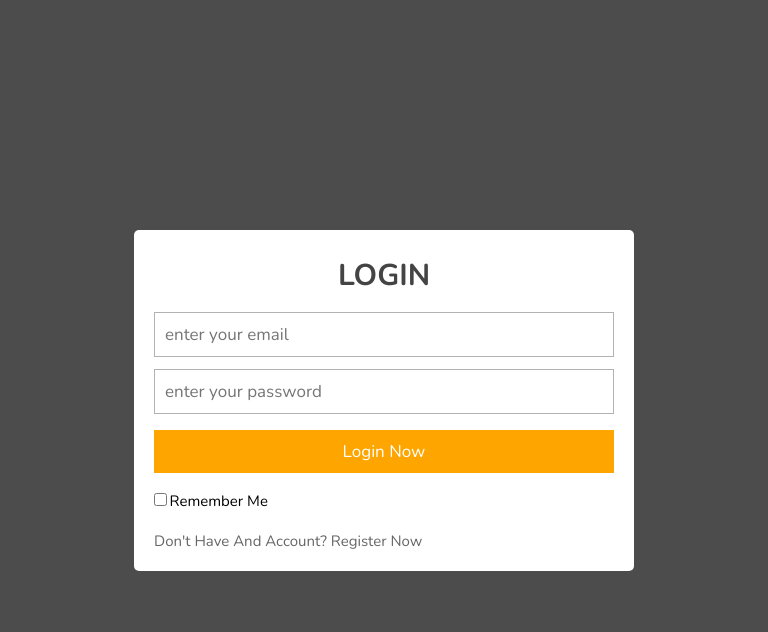
Repository: vksh-chandra/Travel-Tourism
Page: http://localhost/tatms/login.html
The author's editor kept a copy of each file at every save. The page is drawn from the files as they stood at one save, then again after the next save.
The browser window is 768 px wide. The pictures show the whole page.
The page is served by Tomcat 9. Other server files are loaded and not shown.

Above is the page before, as saved 2022-07-19 08:52:34.
Console error: TypeError: Cannot read properties of null (reading 'addEventListener')

### tatms/src/main/webapp/login.html
<!DOCTYPE html>
<html>
<head>
<meta charset="UTF-8">
    <meta name="viewport" content="width=device-width, initial-scale=1.0">
	<title>Login</title>

    <link rel="stylesheet" href="https://unpkg.com/swiper/swiper-bundle.min.css" />

    <!-- font awesome cdn link  -->
    <link rel="stylesheet" href="https://cdnjs.cloudflare.com/ajax/libs/font-awesome/5.15.3/css/all.min.css">

    <!-- custom css file link  -->
    <link rel="stylesheet" type="text/css" href="style.css">
</head>
<body>
	<!-- LOGIN FORM -->
	<div class="login-form-container">

	    <form action="DB2" method="post">
	        <h3>Login</h3>
	        <input type="email" class="box" placeholder="enter your email" name="email">
	        <input type="password" class="box" placeholder="enter your password" name="pass">
	        <input type="submit" value="login now" class="btn">
	        <input type="checkbox" id="remember">
	        <label for="remember">remember me</label>
	        <p>don't have and account? <a href="signup.html" target="_blank">register now</a></p>
	    </form>
	</div>
	<script src="script.js"></script>
</body>
</html>

### tatms/src/main/webapp/style.css
@import url('https://fonts.googleapis.com/css2?family=Nunito:wght@200;300;400;600;700&display=swap');

:root{
  --orange:#ffa500;
}

*{
  font-family: 'Nunito', sans-serif;
  margin:0; padding:0;
  box-sizing: border-box;
  text-transform: capitalize;
  outline: none; border:none;
  text-decoration: none;
  transition: all .2s linear;
}

*::selection{
  background:var(--orange);
  color:#fff;
}

html{
  font-size: 62.5%;
  overflow-x: hidden;
  scroll-padding-top: 6rem;
  scroll-behavior: smooth;
}

section{
  padding:2rem 9%;
}

.heading{
  text-align: center;
  padding:2.5rem 0
}

.heading span{
  font-size: 3.5rem;
  background:rgba(255, 165, 0,.2);
  color:var(--orange);
  border-radius: .5rem;
  padding:.2rem 1rem;
}

.heading span.space{
  background:none;
}

.btn{
  display: inline-block;
  margin-top: 1rem;
  background:var(--orange);
  color:#fff;
  padding:.8rem 3rem;
  border:.2rem solid var(--orange);
  cursor: pointer;
  font-size: 1.7rem;
}

.btn:hover{
  background:rgba(255, 165, 0,.2);
  color:var(--orange);
}

header{
  position: fixed;
  top:0; left: 0; right:0;
  background:#333;
  z-index: 1000;
  display: flex;
  align-items: center;
  justify-content: space-between;
  padding:2rem 9%;
}

header .logo{
  font-size: 2.5rem;
  font-weight: bolder;
  color:white;
  text-transform: uppercase;
}

header .logo span{
  color:red;
}

header .navbar a{
  color:#fff;
  font-size: 2rem;
  margin:0 .8rem;
}

header .navbar a:hover{
  color:var(--orange);
}

header .icons a{
  color:#fff;
  cursor: pointer;
  font-size: 3rem;
  margin-right: 2rem;
}

header .icons a:hover{
  color:var(--orange);
}


.login-form-container{
  top:-120%; left: 0;
  z-index: 10000;
  min-height: 100vh;
  width:100%;
  background:rgba(0,0,0,.7);
  display: flex;
  align-items: center;
  justify-content: center;
}

.login-form-container.active{
  top:0;
}

.login-form-container form{
  margin:2rem;
  padding:1.5rem 2rem;
  border-radius: .5rem;
  background:#fff;
  width:50rem;
}

.login-form-container form h3{
  font-size: 3rem;
  color:#444;
  text-transform: uppercase;
  text-align: center;
  padding:1rem 0;
}

.login-form-container form .box{
  width:100%;
  padding:1rem;
  font-size: 1.7rem;
  color:#333;
  margin:.6rem 0;
  border:.1rem solid rgba(0,0,0,.3);
  text-transform: none;
}

.login-form-container form .box:focus{
  border-color: var(--orange);;
}

.login-form-container form #remember{
  margin:2rem 0;
}

.login-form-container form label{
  font-size: 1.5rem;
}

.login-form-container form .btn{
  display: block;
  width:100%;
}

.login-form-container form p{
  padding:.5rem 0;
  font-size: 1.5rem;
  color:#666;
}

.login-form-container form p a{
  color:var(--blue);
}

.login-form-container form p a:hover{
  color:#333;
  text-decoration: underline;
}

.login-form-container #form-close{
  position: absolute;
  top:2rem; right:3rem;
  font-size: 5rem;
  color:#fff;
  cursor: pointer;
}

/** SIGN UP **/

.signup-form-container{
  top:-120%; left: 0;
  z-index: 10000;
  min-height: 100vh;
  width:100%;
  background:rgba(0,0,0,.7);
  display: flex;
  align-items: center;
  justify-content: center;
}

.signup-form-container.active{
  top:0;
}

.signup-form-container form{
  margin:2rem;
  padding:1.5rem 2rem;
  border-radius: .5rem;
  background:#fff;
  width:50rem;
}

.signup-form-container form h3{
  font-size: 3rem;
  color:#444;
  text-align: center;
  padding:1rem 0;
}

.signup-form-container form .box{
  width:100%;
  padding:1rem;
  font-size: 1.7rem;
  color:#333;
  margin:.6rem 0;
  border:.1rem solid rgba(0,0,0,.3);
  text-transform: none;
}

.signup-form-container form .box:focus{
  border-color: var(--orange);;
}

.login-form-container form #remember{
  margin:2rem 0;
}

.signup-form-container form label{
  font-size: 1.5rem;
}

.signup-form-container form .btn{
  display: block;
  width:100%;
}

.signup-form-container form p{
  padding:.5rem 0;
  font-size: 1.5rem;
  color:#666;
}

.signup-form-container form p a{
  color:var(--orange);
}

.signup-form-container form p a:hover{
  color:#333;
  text-decoration: underline;
}

.signup-form-container #form-close{
  position: absolute;
  top:2rem; right:3rem;
  font-size: 5rem;
  color:#fff;
  cursor: pointer;
}


#menu-bar{
  color:#fff;
  border:.1rem solid #fff;
  border-radius: .5rem;
  font-size: 3rem;
  padding:.5rem 1.2rem;
  cursor: pointer;
  display: none;
}

.home{
  min-height: 100vh;
  display: flex;
  align-items: center;
  justify-content: center;
  flex-flow: column;
  position: relative;
  z-index: 0;
}

.home .content{
  text-align: center;
  background-image: url("https://www.shutterstock.com/search/travel");
}

.home .content h3{
  font-size: 4.5rem;
  color:black;
  text-transform: uppercase;
  text-shadow: 0 .3rem .5rem rgba(0,0,0,.1);
}

.home .content p{
  font-size: 2.5rem;
  color:black;
  padding:.5rem 0;
}

.book .row{
  display: flex;
  flex-wrap: wrap;
  gap:1.5rem;
  align-items: center;
}

.book .row .image{
  flex:1 1 40rem;
}

.book .row .image img{
  width:100%;
}

.book .row form{
  flex:1 1 40rem;
  padding:2rem;
  box-shadow: 0 1rem 2rem rgba(0,0,0,.1);
  border-radius: .5rem;
}

.book .row form .inputBox{
  padding:.5rem 0;
}

.book .row form .inputBox input{
  width:100%;
  padding:1rem;
  border:.1rem solid rgba(0,0,0,.1);
  font-size: 1.7rem;
  color:#333;
  text-transform: none;
}

.book .row form .inputBox h3{
  font-size: 2rem;
  padding:1rem 0;
  color:#666;
}

.packages .box-container{
  display: flex;
  flex-wrap: wrap;
  gap:2rem;
}

.packages .box-container .box{
  flex:1 1 30rem;
  border-radius: .5rem;
  overflow: hidden;
  box-shadow: 0 1rem 2rem rgba(0,0,0,.1);
}

.packages .box-container .box img{
  height: 25rem;
  width:100%;
  object-fit: cover;
}

.packages .box-container .box .content{
  padding:2rem;
}

.packages .box-container .box .content h3{
  font-size:2rem;
  color:#333;
}

.packages .box-container .box .content h3 i{
  color:var(--orange);
}

.packages .box-container .box .content p{
  font-size:1.7rem;
  color:#666;
  padding:1rem 0;
}

.packages .box-container .box .content .stars i{
  font-size:1.7rem;
  color:var(--orange);
}

.packages .box-container .box .content .price{
  font-size: 2rem;
  color:#333;
  padding-top: 1rem;
}

.packages .box-container .box .content .price span{
  color:#666;
  font-size: 1.5rem;
  text-decoration: line-through;
}

.services .box-container{
  display: flex;
  flex-wrap: wrap;
  gap:1.5rem;
}

.services .box-container .box{
  flex: 1 1 30rem;
  border-radius: .5rem;
  padding:1rem;
  text-align: center;
}

.services .box-container .box i{
  padding:1rem;
  font-size: 5rem;
  color:var(--orange);
}

.services .box-container .box h3{
  font-size: 2.5rem;
  color:#333;
}

.services .box-container .box p{
  font-size: 1.5rem;
  color:#666;
  padding:1rem 0;
}

.services .box-container .box:hover{
  box-shadow: 0 1rem 2rem rgba(0,0,0,.1);
}

.gallery .box-container{
  display: flex;
  flex-wrap: wrap;
  gap:1.5rem;
}

.gallery .box-container .box{
  overflow: hidden;
  box-shadow: 0 1rem 2rem rgba(0,0,0,.1);
  border:1rem solid #fff;
  border-radius: .5rem;
  flex:1 1 30rem;
  height: 25rem;
  position: relative;
}

.gallery .box-container .box img{
  height: 100%;
  width:100%;
  object-fit: cover;
}

.gallery .box-container .box .content{
  position: absolute;
  top:-100%; left:0;
  height: 100%;
  width:100%;
  text-align: center;
  background:rgba(0,0,0,.7);
  padding:2rem;
  padding-top: 5rem;
}

.gallery .box-container .box:hover .content{
  top:0;
}

.gallery .box-container .box .content h3{
  font-size: 2.5rem;
  color:var(--orange);
}

.gallery .box-container .box .content p{
  font-size: 1.5rem;
  color:#eee;
  padding:.5rem 0;
}

.review .review-slider{
  padding-bottom: 2rem;
}

.review .box{
  padding:2rem;
  text-align: center;
  box-shadow: 0 1rem 2rem rgba(0,0,0,.1);
  border-radius: .5rem;
}

.review .box img{
  height:13rem;
  width:13rem;
  border-radius: 50%;
  object-fit: cover;
  margin-bottom: 1rem;
}

.review .box h3{
  color:#333;
  font-size: 2.5rem;
}

.review .box p{
  color:#666;
  font-size: 1.5rem;
  padding:1rem 0;
}

.review .box .stars i{
  color:var(--orange);
  font-size: 1.7rem;
}

.contact .row{
  display: flex;
  flex-wrap: wrap;
  gap:1.5rem;
  align-items: center;
}

.contact .row .image{
  flex:1 1 35rem;
}

.contact .row .image img{
  width:100%;
}

.contact .row form{
  flex:1 1 50rem;
  padding:2rem;
  box-shadow: 0 1rem 2rem rgba(0,0,0,.1);
  border-radius: .5rem;
}

.contact .row form .inputBox{
  display: flex;
  flex-wrap: wrap;
  justify-content: space-between;
}

.contact .row form .inputBox input, .contact .row form textarea{
  width:49%;
  margin:1rem 0;
  padding:1rem;
  font-size: 1.7rem;
  color:#333;
  background:#f7f7f7;
  text-transform: none;
}

.contact .row form textarea{
  height: 15rem;
  resize: none;
  width:100%;
}

.brand-container{
  text-align: center;
}

.footer{
  background:#333;
}

.footer .box-container{
  display: flex;
  flex-wrap: wrap;
  gap:1.5rem;
}

.footer .box-container .box{
  padding:1rem 0;
  flex:1 1 25rem;
}

.footer .box-container .box h3{
  font-size: 2.5rem;
  padding:.7rem 0;
  color:#fff;
}

.footer .box-container .box p{
  font-size: 1.5rem;
  padding:.7rem 0;
  color:#eee;
}

.footer .box-container .box a{
  display: block;
  font-size: 1.5rem;
  padding:.7rem 0;
  color:#eee;
}

.footer .box-container .box a:hover{
  color:var(--orange);
  text-decoration: underline;
}

.footer .credit{
  text-align: center;
  padding:2rem 1rem;
  margin-top: 1rem;
  font-size: 2rem;
  font-weight: normal;
  color:#fff;
  border-top: .1rem solid rgba(255,255,255,.2);
}

.footer .credit span{
  color:var(--orange);
}


/** PAYMENT CSS **/

### tatms/src/main/webapp/script.js
let formBtn = document.querySelector('#login-btn');
let loginForm = document.querySelector('.login-form-container');
let formClose = document.querySelector('#form-close');
let menu = document.querySelector('#menu-bar');
let navbar = document.querySelector('.navbar');

window.onscroll = () =>{
    searchBtn.classList.remove('fa-times');
    searchBar.classList.remove('active');
    menu.classList.remove('fa-times');
    navbar.classList.remove('active');
    loginForm.classList.remove('active');
}

menu.addEventListener('click', () =>{
    menu.classList.toggle('fa-times');
    navbar.classList.toggle('active');
});

searchBtn.addEventListener('click', () =>{
    searchBtn.classList.toggle('fa-times');
    searchBar.classList.toggle('active');
});

formBtn.addEventListener('click', () =>{
    loginForm.classList.add('active');
});

formClose.addEventListener('click', () =>{
    loginForm.classList.remove('active');
});

videoBtn.forEach(btn =>{
    btn.addEventListener('click', ()=>{
        document.querySelector('.controls .active').classList.remove('active');
        btn.classList.add('active');
        let src = btn.getAttribute('data-src');
        document.querySelector('#video-slider').src = src;
    });
});

var swiper = new Swiper(".review-slider", {
    spaceBetween: 20,
    loop:true,
    autoplay: {
        delay: 2500,
        disableOnInteraction: false,
    },
    breakpoints: {
        640: {
          slidesPerView: 1,
        },
        768: {
          slidesPerView: 2,
        },
        1024: {
          slidesPerView: 3,
        },
    },
});

var swiper = new Swiper(".brand-slider", {
    spaceBetween: 20,
    loop:true,
    autoplay: {
        delay: 2500,
        disableOnInteraction: false,
    },
    breakpoints: {
        450: {
          slidesPerView: 2,
        },
        768: {
          slidesPerView: 3,
        },
        991: {
          slidesPerView: 4,
        },
        1200: {
          slidesPerView: 5,
        },
      },
});

After the next save:
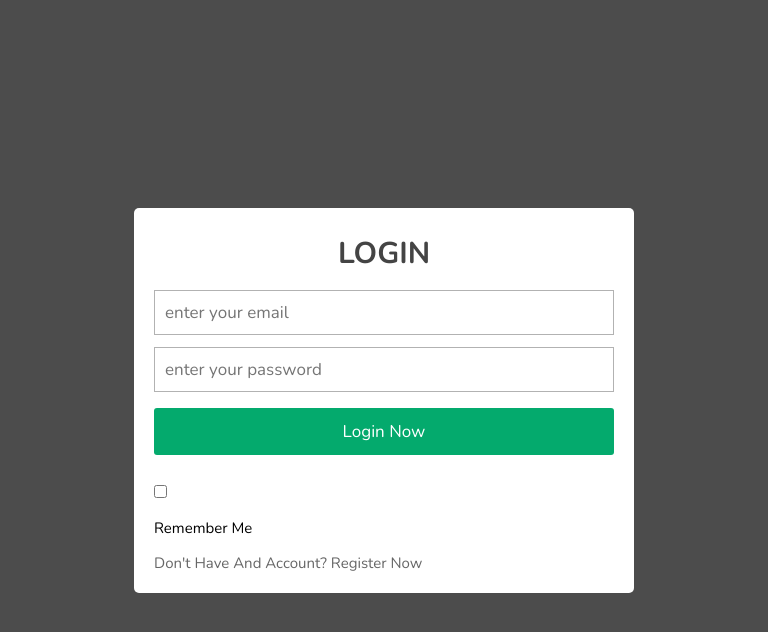
Saved 27 s later.
--- a/tatms/src/main/webapp/style.css
+++ b/tatms/src/main/webapp/style.css
@@ -625,3 +625,88 @@ header .icons a:hover{
 
 
 /** PAYMENT CSS **/
+.prow {
+  display: -ms-flexbox; /* IE10 */
+  display: flex;
+  -ms-flex-wrap: wrap; /* IE10 */
+  flex-wrap: wrap;
+  margin: 0 -16px;
+}
+
+.pcol-25 {
+  -ms-flex: 25%; /* IE10 */
+  flex: 25%;
+}
+
+.pcol-50 {
+  -ms-flex: 50%; /* IE10 */
+  flex: 50%;
+}
+
+.pcol-75 {
+  -ms-flex: 75%; /* IE10 */
+  flex: 75%;
+}
+
+.col-25,
+.col-50,
+.col-75 {
+  padding: 0 16px;
+}
+
+.container {
+  background-color: #f2f2f2;
+  padding: 5px 20px 15px 20px;
+  border: 1px solid lightgrey;
+  border-radius: 3px;
+}
+
+input[type=text] {
+  width: 100%;
+  margin-bottom: 20px;
+  padding: 12px;
+  border: 1px solid #ccc;
+  border-radius: 3px;
+}
+
+label {
+  margin-bottom: 10px;
+  display: block;
+}
+
+.icon-container {
+  margin-bottom: 20px;
+  padding: 7px 0;
+  font-size: 24px;
+}
+
+.btn {
+  background-color: #04AA6D;
+  color: white;
+  padding: 12px;
+  margin: 10px 0;
+  border: none;
+  width: 100%;
+  border-radius: 3px;
+  cursor: pointer;
+  font-size: 17px;
+}
+
+.btn:hover {
+  background-color: #45a049;
+}
+
+span.price {
+  float: right;
+  color: grey;
+}
+
+/* Responsive layout - when the screen is less than 800px wide, make the two columns stack on top of each other instead of next to each other (and change the direction - make the "cart" column go on top) */
+@media (max-width: 800px) {
+  .row {
+    flex-direction: column-reverse;
+  }
+  .col-25 {
+    margin-bottom: 20px;
+  }
+}
